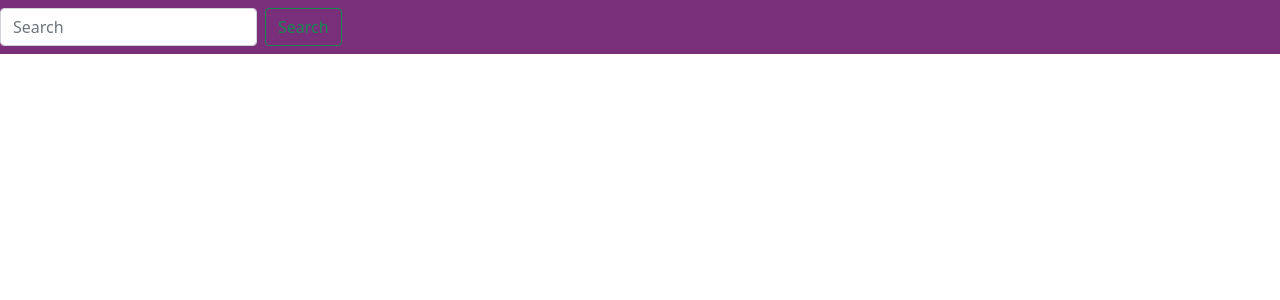
Repository: ViniciusCMS/StudyJquerry
Page: index.html
An editor plug-in stored every save of this project. The page is shown before and after the next save, followed by the edit.
The browser window is 1280 px wide. The pictures show the whole page.

Above is the page before, as saved 2021-11-26 10:36:52.

After the next save:
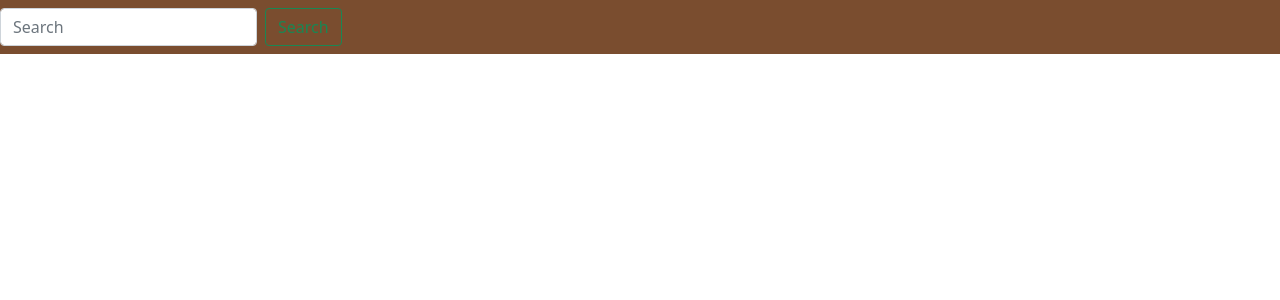
Saved 24 s later.
--- a/index.html
+++ b/index.html
@@ -10,7 +10,7 @@
     <link rel="stylesheet" type="text/css" href="bootstrap/css/bootstrap.min.css">
 </head>
 <body>
-   <nav class="navbar navbar-light" style="background-color: #7a2f7a;">
+   <nav class="navbar navbar-light" style="background-color: #7a4d2f;">
       <form class="d-flex">
         <input class="form-control me-2" type="search" placeholder="Search" aria-label="Search">
         <button class="btn btn-outline-success" type="submit">Search</button>
